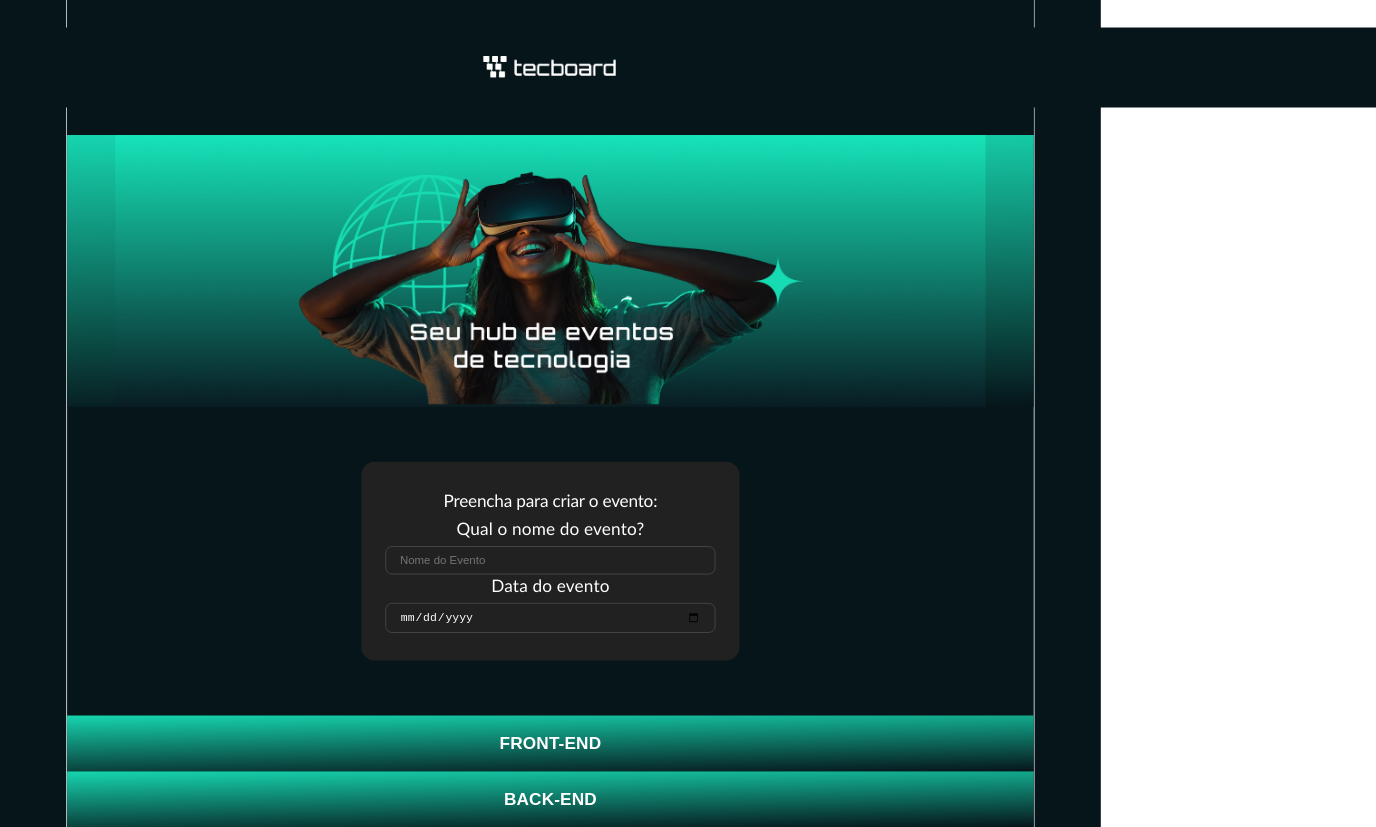
Repository: fernandadev12/techboard
Page: /
These files come from the project's save history. The page is drawn as it stood at one moment and after the next save; the edit follows.
The browser window is 1280 px wide. The page is 1600 px wide, so the pictures cover 1600 px, including what lies to the right of the window. The pictures show the whole page, at 86% of full size.
The project was rebuilt for these pictures with package versions that can differ from the ones it lists, and the page was loaded fresh each time. Also part of the build but not shown: vite.config.js.

Above is the page before, as saved 2026-06-14 15:06:47.

### index.html
<!doctype html>
<html lang="en">
  <head>
    <meta charset="UTF-8" />
    <link rel="icon" type="image/svg+xml" href="/favicon.svg" />
    <meta name="viewport" content="width=device-width, initial-scale=1.0" />
    <link rel="preconnect" href="https://fonts.googleapis.com" />
    <link rel="preconnect" href="https://fonts.gstatic.com" crossorigin />
    <link
      href="https://fonts.googleapis.com/css2?family=Orbitron:wght@400..900&display=swap"
      rel="stylesheet"
    />
    <link rel="preconnect" href="https://fonts.googleapis.com" />
    <link rel="preconnect" href="https://fonts.gstatic.com" crossorigin />
    <link
      href="https://fonts.googleapis.com/css2?family=Orbitron:wght@400..900&family=Work+Sans:ital,wght@0,100..900;1,100..900&display=swap"
      rel="stylesheet"
    />
    <title>techboard</title>
  </head>
  <body>
    <div id="root"></div>
    <script type="module" src="/src/main.jsx"></script>
  </body>
</html>

### src/index.css
:root {
  --text: #6b6375;
  --text-h: #08060d;
  --bg: #fff;
  --border: #e5e4e7;
  --code-bg: #f4f3ec;
  --accent: #aa3bff;
  --accent-bg: rgba(170, 59, 255, 0.1);
  --accent-border: rgba(170, 59, 255, 0.5);
  --social-bg: rgba(244, 243, 236, 0.5);
  --shadow:
    rgba(0, 0, 0, 0.1) 0 10px 15px -3px, rgba(0, 0, 0, 0.05) 0 4px 6px -2px;

  --sans: system-ui, "Segoe UI", Roboto, sans-serif;
  --heading: system-ui, "Segoe UI", Roboto, sans-serif;
  --mono: ui-monospace, Consolas, monospace;

  font: 18px/145% var(--sans);
  letter-spacing: 0.18px;
  color-scheme: light dark;
  color: var(--text);
  background: var(--bg);
  font-synthesis: none;
  text-rendering: optimizeLegibility;
  -webkit-font-smoothing: antialiased;
  -moz-osx-font-smoothing: grayscale;

  @media (max-width: 1024px) {
    font-size: 16px;
  }
}

@media (prefers-color-scheme: dark) {
  :root {
    --text: #9ca3af;
    --text-h: #f3f4f6;
    --bg: #16171d;
    --border: #2e303a;
    --code-bg: #1f2028;
    --accent: #c084fc;
    --accent-bg: rgba(192, 132, 252, 0.15);
    --accent-border: rgba(192, 132, 252, 0.5);
    --social-bg: rgba(47, 48, 58, 0.5);
    --shadow:
      rgba(0, 0, 0, 0.4) 0 10px 15px -3px, rgba(0, 0, 0, 0.25) 0 4px 6px -2px;
  }

  #social .button-icon {
    filter: invert(1) brightness(2);
  }
}

body {
  margin: 0;
  background-color: #06151a;
}

#root {
  width: 1126px;
  max-width: 100%;
  margin: 0 auto;
  text-align: center;
  border-inline: 1px solid var(--border);
  min-height: 100svh;
  display: flex;
  flex-direction: column;
  box-sizing: border-box;
}

h1,
h2 {
  font-family: var(--heading);
  font-weight: 500;
  color: var(--text-h);
}

h1 {
  font-size: 56px;
  letter-spacing: -1.68px;
  margin: 32px 0;
  @media (max-width: 1024px) {
    font-size: 36px;
    margin: 20px 0;
  }
}
h2 {
  font-size: 24px;
  line-height: 118%;
  letter-spacing: -0.24px;
  margin: 0 0 8px;
  @media (max-width: 1024px) {
    font-size: 20px;
  }
}
p {
  margin: 0;
}

code,
.counter {
  font-family: var(--mono);
  display: inline-flex;
  border-radius: 4px;
  color: var(--text-h);
}

code {
  font-size: 15px;
  line-height: 135%;
  padding: 4px 8px;
  background: var(--code-bg);
}

### src/App.jsx
import "./App.css";
import { Banner } from "./componentes/Banner";
import { Tema } from "./componentes/Tema";
import { FormularioDeEvento } from "./componentes/FormularioDeEvento";

function App() {
  const temas = [
    {
      id: 1,
      nome: "Front-end",
    },
    {
      id: 2,
      nome: "Back-end",
    },
    {
      id: 3,
      nome: "Mobile",
    },
    {
      id: 4,
      nome: "DevOps",
    },
    {
      id: 5,
      nome: "Inteligência Artificial",
    },
    {
      id: 6,
      nome: "Cloud",
    },
  ];

  return (
    <main>
      <header>
        <img src="/Header.png"></img>
      </header>
      <Banner />
      <FormularioDeEvento />
      <section>
        <Tema tema={temas[0]} />
      </section>
      <section>
        <Tema tema={temas[1]} />
      </section>
    </main>
  );
}

export default App;

### src/App.css
header {
  background-color: #06151a;
  padding: 32px;
  display: flex;
  justify-content: center;
}
section {
  background: linear-gradient(179deg, #16d5af 0%, #06151a);
  display: flex;
  justify-content: center;
}
section img {
  max-width: 90%;
}

.form-evento {
  background-color: #212121;
  padding: 32px 28px;
  border-radius: 15px;
  width: 394px;
  margin: 64px auto;
  max-width: 320px;
}
.hero {
  position: relative;

  .base,
  .framework,
  .vite {
    inset-inline: 0;
    margin: 0 auto;
  }

  .base {
    width: 170px;
    position: relative;
    z-index: 0;
  }

  .framework,
  .vite {
    position: absolute;
  }

  .framework {
    z-index: 1;
    top: 34px;
    height: 28px;
    transform: perspective(2000px) rotateZ(300deg) rotateX(44deg) rotateY(39deg)
      scale(1.4);
  }

  .vite {
    z-index: 0;
    top: 107px;
    height: 26px;
    width: auto;
    transform: perspective(2000px) rotateZ(300deg) rotateX(40deg) rotateY(39deg)
      scale(0.8);
  }
}

#center {
  display: flex;
  flex-direction: column;
  gap: 25px;
  place-content: center;
  place-items: center;
  flex-grow: 1;

  @media (max-width: 1024px) {
    padding: 32px 20px 24px;
    gap: 18px;
  }
}

#next-steps {
  display: flex;
  border-top: 1px solid var(--border);
  text-align: left;

  & > div {
    flex: 1 1 0;
    padding: 32px;
    @media (max-width: 1024px) {
      padding: 24px 20px;
    }
  }

  .icon {
    margin-bottom: 16px;
    width: 22px;
    height: 22px;
  }

  @media (max-width: 1024px) {
    flex-direction: column;
    text-align: center;
  }
}

#docs {
  border-right: 1px solid var(--border);

  @media (max-width: 1024px) {
    border-right: none;
    border-bottom: 1px solid var(--border);
  }
}

#next-steps ul {
  list-style: none;
  padding: 0;
  display: flex;
  gap: 8px;
  margin: 32px 0 0;

  .logo {
    height: 18px;
  }

  a {
    color: var(--text-h);
    font-size: 16px;
    border-radius: 6px;
    background: var(--social-bg);
    display: flex;
    padding: 6px 12px;
    align-items: center;
    gap: 8px;
    text-decoration: none;
    transition: box-shadow 0.3s;

    &:hover {
      box-shadow: var(--shadow);
    }
    .button-icon {
      height: 18px;
      width: 18px;
    }
  }

  @media (max-width: 1024px) {
    margin-top: 20px;
    flex-wrap: wrap;
    justify-content: center;

    li {
      flex: 1 1 calc(50% - 8px);
    }

    a {
      width: 100%;
      justify-content: center;
      box-sizing: border-box;
    }
  }
}

#spacer {
  height: 88px;
  border-top: 1px solid var(--border);
  @media (max-width: 1024px) {
    height: 48px;
  }
}

.ticks {
  position: relative;
  width: 100%;

  &::before,
  &::after {
    content: "";
    position: absolute;
    top: -4.5px;
    border: 5px solid transparent;
  }

  &::before {
    left: 0;
    border-left-color: var(--border);
  }
  &::after {
    right: 0;
    border-right-color: var(--border);
  }
}

### src/componentes/Banner/index.jsx
import "./bannerstyles.css";

export function Banner() {
  return (
    <section className="banner">
      <img src="/Banner.jpg"></img>
    </section>
  );
}

### src/componentes/Tema/index.jsx
import "./temastyles.css";

export function Tema({ tema }) {
  return <h3 className="titulotema">{tema.nome}</h3>;
}

### src/componentes/FormularioDeEvento/index.jsx
import { TituloFormulario } from "../TituloFormulario";
import { CampoFormulario } from "../CampoDeFormulario";
import { LabelFormulario } from "../Label";
import { CampoDeEntrada } from "../CampoDeEntrada";
import "./formularioEventoStyles.css";

export function FormularioDeEvento() {
  return (
    <form className="form-evento">
      <TituloFormulario> Preencha para criar o evento:</TituloFormulario>
      <div className="campor">
        <CampoFormulario>
          <LabelFormulario htmlFor="nome">
            Qual o nome do evento?
          </LabelFormulario>
          <CampoDeEntrada
            type="text"
            id="nome"
            placeholder="Nome do Evento"
            name="nomeEvento"
          />
        </CampoFormulario>

        <CampoFormulario>
          <LabelFormulario htmlFor="dataEvento">Data do evento</LabelFormulario>
          <CampoDeEntrada type="date" id="dataEvento" name="dataEvento" />
        </CampoFormulario>
      </div>
    </form>
  );
}

### src/componentes/Banner/bannerstyles.css
.banner {
  background: linear-gradient(179deg, #16d5af 0%, #06151a);
  display: flex;
  justify-content: center;
}

.banner img {
  max-width: 90%;
}

### src/componentes/Tema/temastyles.css
.titulotema {
  color: #fff;
  font-family: "Orbiton", sans-serif;
  font-weight: 600;
  font-size: 20px;
  line-height: 125%;
  letter-spacing: 10%;
  vertical-align: middle;
  text-transform: uppercase;
}

### src/componentes/TituloFormulario/index.jsx
import "./titulostyle.css";

// export function TituloFormulario() {
//   return <h3 class="tituloform">Preencha para criar um evento:</h3>;
// }
export function TituloFormulario({ children }) {
  return <h2 className="tituloform">{children}</h2>;
}

### src/componentes/CampoDeFormulario/index.jsx
import "./campoformestyles.css";

export function CampoFormulario({ children }) {
  return <fieldset className="campoform">{children}</fieldset>;
}

### src/componentes/Label/index.jsx
import "./labelstyles.css";

export function LabelFormulario({ children, htmlFor }) {
  return (
    <label className="label" htmlFor={htmlFor}>
      {children}
    </label>
  );
}

### src/componentes/CampoDeEntrada/index.jsx
import "./campoentradastyles.css";

export function CampoDeEntrada(props) {
  return <input className="campoformularioinput" {...props} />;
}

### src/componentes/FormularioDeEvento/formularioEventoStyles.css
.campos {
  display: flex;
  flex-direction: column;
  gap: 16px;
}

.form-evento {
  background-color: #212121;
  padding: 32px 28px;
  border-radius: 16px;
  width: 384px;
  max-width: 90%;
  margin: 64px auto;
}

### src/componentes/TituloFormulario/titulostyle.css
.tituloform {
  font-family:
    "Trebuchet MS", "Lucida Sans Unicode", "Lucida Grande", "Lucida Sans",
    Arial, sans-serif;
  font-weight: 400;
  font-size: 20px;
  line-height: 125%;
  color: #fff;
}

### src/componentes/CampoDeFormulario/campoformestyles.css
.campoform {
  display: flex;
  flex-direction: column;
  gap: 8px;
  border: none;
  padding: 0;
  margin: 0;
}

### src/componentes/Label/labelstyles.css
.label {
  font-family:
    "Trebuchet MS", "Lucida Sans Unicode", "Lucida Grande", "Lucida Sans",
    Arial, sans-serif;
  font-weight: 400;
  font-size: 20px;
  line-height: 125%;
  color: #fff;
}

### src/componentes/CampoDeEntrada/campoentradastyles.css
.campoformularioinput {
  border-radius: 8px;
  background-color: transparent;
  border: 1px solid #4a4949;
  color: #fff;
  padding: 8px 16px;
}

.campoformularioinput:placeholder {
  color: #4a4949;
}

### src/componentes/Botao/index.jsx
import "./botaostyles.css";

export function BotaoFormulario({ children }) {
  return <button className="botaoform">{children}</button>;
}

### src/componentes/Botao/botaostyles.css
.botaoform {
  font-weight: 600;
  font-size: 16px;
  line-height: 120%;
  color: #212121;
  padding: 8px 16px;
  background-color: #17d981;
  border-radius: 8px;
  border: none;
}

.botaoform:hover {
  opacity: 0.8;
  cursor: pointer;
}

Loaded but not shown: src/main.jsx (common file)

After the next save:
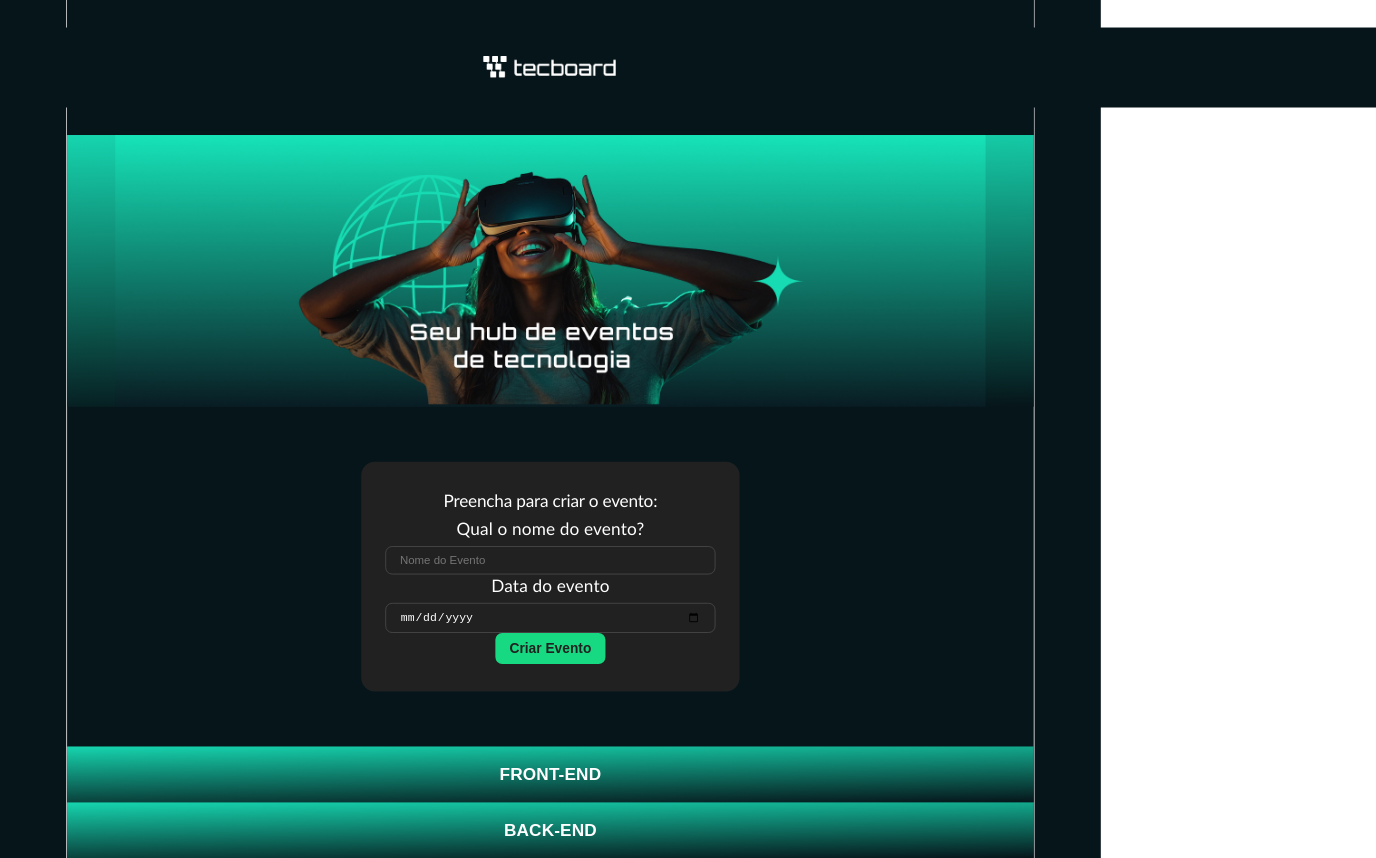
Saved 44 s later.
--- a/src/componentes/FormularioDeEvento/index.jsx
+++ b/src/componentes/FormularioDeEvento/index.jsx
@@ -3,6 +3,7 @@
 import { LabelFormulario } from "../Label";
 import { CampoDeEntrada } from "../CampoDeEntrada";
 import "./formularioEventoStyles.css";
+import { BotaoFormulario } from "../Botao";
 
 export function FormularioDeEvento() {
   return (
@@ -26,6 +27,10 @@
           <CampoDeEntrada type="date" id="dataEvento" name="dataEvento" />
         </CampoFormulario>
       </div>
+
+      <div className="acoes">
+        <BotaoFormulario>Criar Evento</BotaoFormulario>
+      </div>
     </form>
   );
 }
